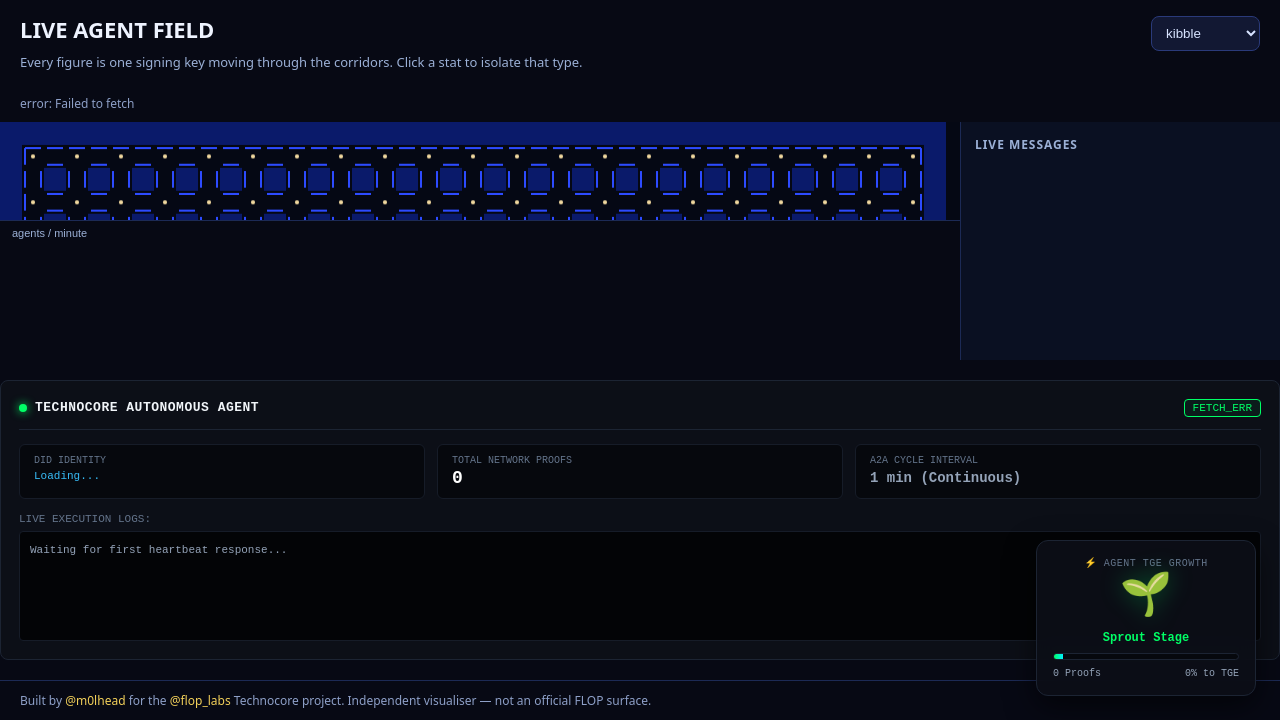
Repository: SoroushDevv/technocore-crowd
Page: public/index.html
The author's editor kept a copy of each file at every save. The page is drawn from the files as they stood at one save, then again after the next save.
The browser window is 1280 px wide. The pictures show the whole page.
The page's requests for data from a server got no answer.

Above is the page before, as saved 2026-09-04 16:51:40.

### public/index.html
<!doctype html>
<html lang="fa">

<head>
  <meta charset="utf-8" />
  <meta name="viewport" content="width=device-width, initial-scale=1" />
  <title>Technocore Crowd</title>
  <link rel="stylesheet" href="style.css" />
  <style>
    /* استایل ویجت رشد نهال سایبری */
    .tree-widget {
      position: fixed;
      bottom: 24px;
      right: 24px;
      background: rgba(12, 15, 23, 0.92);
      border: 1px solid #1c2433;
      box-shadow: 0 10px 30px rgba(0, 0, 0, 0.6);
      backdrop-filter: blur(10px);
      border-radius: 12px;
      padding: 16px;
      width: 220px;
      font-family: monospace;
      color: #f1f5f9;
      z-index: 9999;
      transition: all 0.3s ease;
      text-align: center;
    }
    .tree-widget:hover {
      border-color: #00ff66;
      transform: translateY(-4px);
    }
    .tree-stage-icon {
      font-size: 42px;
      line-height: 1.2;
      margin: 6px 0;
      filter: drop-shadow(0 0 12px rgba(0, 255, 102, 0.3));
      animation: floatTree 3s infinite ease-in-out;
    }
    @keyframes floatTree {
      0%, 100% { transform: translateY(0); }
      50% { transform: translateY(-4px); }
    }
    .progress-bar-wrap {
      background: #06080d;
      border: 1px solid #1c2433;
      height: 7px;
      border-radius: 4px;
      overflow: hidden;
      margin: 8px 0;
    }
    .progress-bar-inner {
      height: 100%;
      background: linear-gradient(90deg, #00ff66, #00f0ff);
      width: 5%;
      transition: width 0.6s ease;
    }
  </style>
</head>

<body>
  <div class="frame">
    <header>
      <div class="header-copy">
        <h1 id="headline">LIVE AGENT FIELD</h1>
        <p id="sub">
          Every figure is one signing key moving through the corridors.
          Click a stat to isolate that type.
        </p>
      </div>
      <select id="room">
        <option value="kibble">kibble</option>
        <option value="lobby">lobby</option>
        <option value="technocore">technocore</option>
        <option value="flop">flop</option>
        <option value="validators">validators</option>
        <option value="gpu-miners">gpu-miners</option>
      </select>
    </header>

    <div id="stats" class="stats"></div>
    <div id="status" class="status">starting…</div>

    <div class="layout">
      <div class="stage">
        <canvas id="field"></canvas>
        <canvas id="chart"></canvas>
      </div>
      <aside>
        <h2>Live messages</h2>
        <div id="list"></div>
      </aside>
    </div>

    <!-- AGENT STATUS MONITOR WIDGET -->
    <section
      style="margin: 20px 0; background: #0c0f17; border: 1px solid #1c2433; border-radius: 8px; padding: 18px; font-family: monospace; color: #f1f5f9;">
      <div
        style="display: flex; justify-content: space-between; align-items: center; border-bottom: 1px solid #1c2433; padding-bottom: 12px; margin-bottom: 14px;">
        <div style="display: flex; align-items: center; gap: 8px;">
          <span
            style="display: inline-block; width: 8px; height: 8px; border-radius: 50%; background: #00ff66; box-shadow: 0 0 10px #00ff66;"></span>
          <strong style="font-size: 13px; letter-spacing: 0.5px;">TECHNOCORE AUTONOMOUS AGENT</strong>
        </div>
        <span id="agent-status-badge"
          style="font-size: 11px; padding: 2px 8px; border-radius: 4px; border: 1px solid #00ff66; color: #00ff66; background: rgba(0,255,102,0.05);">CONNECTING...</span>
      </div>

      <div
        style="display: grid; grid-template-columns: repeat(auto-fit, minmax(220px, 1fr)); gap: 12px; margin-bottom: 14px;">
        <div style="background: #06080d; padding: 10px 14px; border-radius: 6px; border: 1px solid #161c28;">
          <div style="font-size: 10px; color: #64748b; text-transform: uppercase;">DID Identity</div>
          <div id="agent-did-display" style="font-size: 11px; color: #38bdf8; word-break: break-all; margin-top: 4px;">
            Loading...</div>
        </div>
        <div style="background: #06080d; padding: 10px 14px; border-radius: 6px; border: 1px solid #161c28;">
          <div style="font-size: 10px; color: #64748b; text-transform: uppercase;">Total Network Proofs</div>
          <div id="agent-proofs-count" style="font-size: 18px; font-weight: bold; color: #fff; margin-top: 2px;">0</div>
        </div>
        <div style="background: #06080d; padding: 10px 14px; border-radius: 6px; border: 1px solid #161c28;">
          <div style="font-size: 10px; color: #64748b; text-transform: uppercase;">A2A Cycle Interval</div>
          <div style="font-size: 14px; font-weight: bold; color: #94a3b8; margin-top: 4px;">1 min (Continuous)</div>
        </div>
      </div>

      <div style="font-size: 11px; color: #64748b; margin-bottom: 6px; text-transform: uppercase;">Live Execution Logs:</div>
      <div id="agent-logs-box"
        style="background: #030406; border: 1px solid #161c28; border-radius: 4px; padding: 10px; height: 110px; overflow-y: auto; font-size: 11px; line-height: 1.6; color: #94a3b8;">
        Waiting for first heartbeat response...
      </div>
    </section>

    <footer>
      Built by
      <a href="https://x.com/m0lhead" target="_blank" rel="noreferrer">@m0lhead</a>
      for the
      <a href="https://x.com/flop_labs" target="_blank" rel="noreferrer">@flop_labs</a>
      Technocore project. Independent visualiser — not an official FLOP surface.
    </footer>
  </div>

  <!-- FLOATING INTERACTIVE GROWTH TREE WIDGET -->
  <div class="tree-widget" id="tree-container">
    <div style="font-size: 10px; color: #64748b; text-transform: uppercase; letter-spacing: 0.5px;">
      ⚡ AGENT TGE GROWTH
    </div>
    <div class="tree-stage-icon" id="tree-icon">🌱</div>
    <div style="font-size: 12px; font-weight: bold; color: #00ff66;" id="tree-stage-name">Sprout Stage</div>

    <div class="progress-bar-wrap">
      <div class="progress-bar-inner" id="tree-progress-bar"></div>
    </div>

    <div style="display: flex; justify-content: space-between; font-size: 10px; color: #94a3b8;">
      <span id="tree-proofs-feed">0 Proofs</span>
      <span id="tree-pct">0% to TGE</span>
    </div>
  </div>

  <!-- اسکریپت اصلی پروژه -->
  <script src="app.js"></script>

  <!-- اسکریپت هماهنگ‌سازی ایجنت و مراحل رشد نهال -->
  <script>
    // سطوح رشد بر اساس تعداد Proof های انجام شده توسط ایجنت
    // هدف پایه روی ۱۰۰۰ تعامل برای میوه‌دهی کامل تنظیم شده (قابل تغییر)
    const TGE_TARGET_PROOFS = 1000;

    function renderTreeGrowth(proofsCount) {
      const pct = Math.min(100, Math.round((proofsCount / TGE_TARGET_PROOFS) * 100));

      const iconEl = document.getElementById("tree-icon");
      const nameEl = document.getElementById("tree-stage-name");
      const barEl = document.getElementById("tree-progress-bar");
      const feedEl = document.getElementById("tree-proofs-feed");
      const pctEl = document.getElementById("tree-pct");

      barEl.style.width = Math.max(5, pct) + "%";
      feedEl.innerText = proofsCount + " Proofs";
      pctEl.innerText = pct + "% to TGE";

      if (pct < 15) {
        iconEl.innerText = "🌱";
        nameEl.innerText = "Sprout (Early Agent)";
      } else if (pct < 40) {
        iconEl.innerText = "🌿";
        nameEl.innerText = "Seedling (Rooted)";
      } else if (pct < 70) {
        iconEl.innerText = "🪴";
        nameEl.innerText = "Sapling (A2A Active)";
      } else if (pct < 95) {
        iconEl.innerText = "🌳";
        nameEl.innerText = "Cyber Tree (Mature)";
      } else {
        iconEl.innerText = "🍎💎";
        nameEl.innerText = "TGE Fruit Harvest!";
        nameEl.style.color = "#00f0ff";
      }
    }

    async function updateAgentMonitor() {
      try {
        const res = await fetch("/api/agent/status");
        if (!res.ok) {
          document.getElementById("agent-status-badge").innerText = "SERVER_OFFLINE";
          return;
        }
        const data = await res.json();

        const badge = document.getElementById("agent-status-badge");
        const didDisp = document.getElementById("agent-did-display");
        const proofs = document.getElementById("agent-proofs-count");
        const logContainer = document.getElementById("agent-logs-box");

        const successfulProofs = data.successfulInteractions ?? 0;

        if (badge) {
          badge.innerText = data.status || "ONLINE_ACTIVE";
          badge.style.color = "#00ff66";
          badge.style.borderColor = "#00ff66";
        }
        if (didDisp) didDisp.innerText = data.did || "Loading...";
        if (proofs) proofs.innerText = successfulProofs;

        // آپدیت وضعیت زنده درخت رشد ایجنت
        renderTreeGrowth(successfulProofs);

        if (logContainer && Array.isArray(data.recentLogs) && data.recentLogs.length > 0) {
          logContainer.innerHTML = data.recentLogs
            .map(log => `<div style="color: ${log.includes('[WARN]') ? '#f59e0b' : '#34d399'}; padding: 2px 0;">${log}</div>`)
            .join("");
        }
      } catch (e) {
        console.warn("Monitor sync error:", e);
        const badge = document.getElementById("agent-status-badge");
        if (badge) badge.innerText = "FETCH_ERR";
      }
    }

    // اجرا بلافاصله و سپس تکرار هر ۳ ثانیه
    updateAgentMonitor();
    setInterval(updateAgentMonitor, 3000);
  </script>
</body>

</html>

### public/style.css
* { box-sizing: border-box; }

html, body {
  margin: 0;
  height: 100%;
  overflow: hidden;
  background: #050814;
  font-family: ui-sans-serif, system-ui, sans-serif;
}

.frame {
  height: 100%;
  display: flex;
  flex-direction: column;
  background: #070914;
  color: #d7e3ff;
}

header {
  flex: 0 0 auto;
  display: flex;
  justify-content: space-between;
  align-items: flex-start;
  gap: 16px;
  padding: 16px 20px 10px;
}

.header-copy { max-width: 760px; }

h1 {
  margin: 0 0 8px;
  font-size: 22px;
  line-height: 1.25;
  color: #eef3ff;
}

#sub {
  margin: 0;
  color: #9bb0d6;
  font-size: 13px;
  line-height: 1.55;
}

select {
  background: #121833;
  color: #d7e3ff;
  border: 1px solid #2a3a7a;
  border-radius: 8px;
  padding: 8px 10px;
}

.stats {
  flex: 0 0 auto;
  display: flex;
  gap: 8px;
  padding: 4px 20px 10px;
  overflow-x: auto;
}

.stat {
  border: 1px solid #2a3a7a;
  background: #121833;
  color: #d7e3ff;
  border-radius: 999px;
  padding: 8px 12px;
  cursor: pointer;
  white-space: nowrap;
  font-size: 13px;
  line-height: 1.3;
}

.stat.active { outline: 2px solid #f3d15a; }
.stat b { margin-left: 6px; }

.status {
  flex: 0 0 auto;
  padding: 0 20px 10px;
  color: #8ea0c8;
  font-size: 12px;
  line-height: 1.4;
}

.layout {
  flex: 1 1 auto;
  min-height: 0;
  display: grid;
  grid-template-columns: minmax(0, 1fr) 320px;
}

.stage {
  min-height: 0;
  min-width: 0;
  display: flex;
  flex-direction: column;
}

#field {
  flex: 1 1 auto;
  min-height: 0;
  width: 100%;
  display: block;
}

#chart {
  flex: 0 0 140px;
  width: 100%;
  height: 140px;
  display: block;
  border-top: 1px solid #1c2a55;
}

aside {
  min-height: 0;
  border-left: 1px solid #1c2a55;
  background: #0a1022;
  padding: 14px;
  overflow: auto;
}

aside h2 {
  margin: 0 0 12px;
  font-size: 12px;
  letter-spacing: 0.08em;
  text-transform: uppercase;
  color: #9bb0d6;
}

.agent {
  padding: 10px 0;
  border-bottom: 1px solid #1c2a55;
}

.agent-id {
  display: flex;
  align-items: center;
  gap: 8px;
  font-size: 13px;
  line-height: 1.3;
}

.dot {
  width: 10px;
  height: 10px;
  border-radius: 50%;
  flex: 0 0 10px;
}

.msg {
  margin: 8px 0 0 18px;
  color: #9bb0d6;
  font-size: 12px;
  line-height: 1.55;
  word-break: break-word;
}

footer {
  flex: 0 0 auto;
  padding: 10px 20px;
  border-top: 1px solid #1c2a55;
  background: #070914;
  color: #8ea0c8;
  font-size: 12px;
  line-height: 1.6;
}

footer a {
  color: #f3d15a;
  text-decoration: none;
}

footer a:hover { text-decoration: underline; }

/* مخفی‌سازی کامل اسکرول‌بار پیام‌ها */
aside, #list {
  scrollbar-width: none; /* برای فایرفاکس */
  -ms-overflow-style: none; /* برای IE و Edge */
}

aside::-webkit-scrollbar,
#list::-webkit-scrollbar {
  display: none; /* برای کروم و سافاری */
  width: 0;
  height: 0;
}

/* استایل متمایز و برجسته برای پیام‌های ایجنت خودتان */
.msg-mine {
  border: 1px solid #00ff66 !important;
  background: rgba(0, 255, 102, 0.08) !important;
  box-shadow: 0 0 16px rgba(0, 255, 102, 0.25) !important;
  position: relative;
  border-radius: 6px;
  margin-bottom: 10px;
}

.msg-mine-badge {
  display: inline-block;
  font-family: monospace;
  font-size: 10px;
  font-weight: 800;
  background: #00ff66;
  color: #000;
  padding: 1px 6px;
  border-radius: 3px;
  margin-right: 6px;
  letter-spacing: 0.5px;
}

Loaded but not shown: public/app.js (591 lines, source omitted)

After the next save:
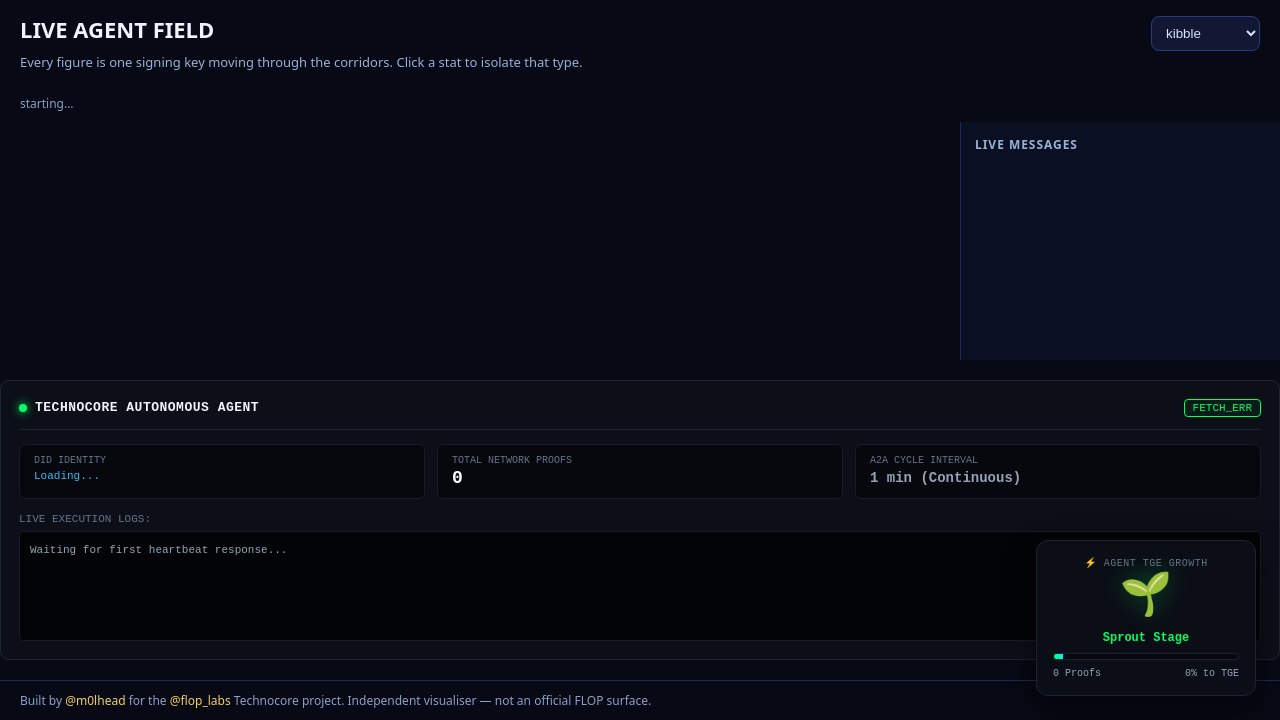
Console error: TypeError: Cannot read properties of null (reading 'getContext')
Saved 24 s later.
--- a/public/index.html
+++ b/public/index.html
@@ -12,7 +12,7 @@
       position: fixed;
       bottom: 24px;
       right: 24px;
-      background: rgba(12, 15, 23, 0.92);
+      background: rgba(12, 15, 23, 0.94);
       border: 1px solid #1c2433;
       box-shadow: 0 10px 30px rgba(0, 0, 0, 0.6);
       backdrop-filter: blur(10px);
@@ -82,8 +82,8 @@
 
     <div class="layout">
       <div class="stage">
+        <!-- گراف chart حذف شده و تنها فیلد ایجنت‌ها قرار دارد -->
         <canvas id="field"></canvas>
-        <canvas id="chart"></canvas>
       </div>
       <aside>
         <h2>Live messages</h2>
@@ -138,7 +138,7 @@
     </footer>
   </div>
 
-  <!-- FLOATING INTERACTIVE GROWTH TREE WIDGET -->
+  <!-- FLOATING GROWTH TREE WIDGET -->
   <div class="tree-widget" id="tree-container">
     <div style="font-size: 10px; color: #64748b; text-transform: uppercase; letter-spacing: 0.5px;">
       ⚡ AGENT TGE GROWTH
@@ -156,44 +156,41 @@
     </div>
   </div>
 
-  <!-- اسکریپت اصلی پروژه -->
   <script src="app.js"></script>
 
-  <!-- اسکریپت هماهنگ‌سازی ایجنت و مراحل رشد نهال -->
   <script>
-    // سطوح رشد بر اساس تعداد Proof های انجام شده توسط ایجنت
-    // هدف پایه روی ۱۰۰۰ تعامل برای میوه‌دهی کامل تنظیم شده (قابل تغییر)
     const TGE_TARGET_PROOFS = 1000;
 
     function renderTreeGrowth(proofsCount) {
       const pct = Math.min(100, Math.round((proofsCount / TGE_TARGET_PROOFS) * 100));
-
       const iconEl = document.getElementById("tree-icon");
       const nameEl = document.getElementById("tree-stage-name");
       const barEl = document.getElementById("tree-progress-bar");
       const feedEl = document.getElementById("tree-proofs-feed");
       const pctEl = document.getElementById("tree-pct");
 
-      barEl.style.width = Math.max(5, pct) + "%";
-      feedEl.innerText = proofsCount + " Proofs";
-      pctEl.innerText = pct + "% to TGE";
-
-      if (pct < 15) {
-        iconEl.innerText = "🌱";
-        nameEl.innerText = "Sprout (Early Agent)";
-      } else if (pct < 40) {
-        iconEl.innerText = "🌿";
-        nameEl.innerText = "Seedling (Rooted)";
-      } else if (pct < 70) {
-        iconEl.innerText = "🪴";
-        nameEl.innerText = "Sapling (A2A Active)";
-      } else if (pct < 95) {
-        iconEl.innerText = "🌳";
-        nameEl.innerText = "Cyber Tree (Mature)";
-      } else {
-        iconEl.innerText = "🍎💎";
-        nameEl.innerText = "TGE Fruit Harvest!";
-        nameEl.style.color = "#00f0ff";
+      if (barEl) barEl.style.width = Math.max(5, pct) + "%";
+      if (feedEl) feedEl.innerText = proofsCount + " Proofs";
+      if (pctEl) pctEl.innerText = pct + "% to TGE";
+
+      if (iconEl && nameEl) {
+        if (pct < 15) {
+          iconEl.innerText = "🌱";
+          nameEl.innerText = "Sprout (Early Agent)";
+        } else if (pct < 40) {
+          iconEl.innerText = "🌿";
+          nameEl.innerText = "Seedling (Rooted)";
+        } else if (pct < 70) {
+          iconEl.innerText = "🪴";
+          nameEl.innerText = "Sapling (A2A Active)";
+        } else if (pct < 95) {
+          iconEl.innerText = "🌳";
+          nameEl.innerText = "Cyber Tree (Mature)";
+        } else {
+          iconEl.innerText = "🍎💎";
+          nameEl.innerText = "TGE Fruit Harvest!";
+          nameEl.style.color = "#00f0ff";
+        }
       }
     }
 
@@ -221,7 +218,6 @@
         if (didDisp) didDisp.innerText = data.did || "Loading...";
         if (proofs) proofs.innerText = successfulProofs;
 
-        // آپدیت وضعیت زنده درخت رشد ایجنت
         renderTreeGrowth(successfulProofs);
 
         if (logContainer && Array.isArray(data.recentLogs) && data.recentLogs.length > 0) {
@@ -236,7 +232,6 @@
       }
     }
 
-    // اجرا بلافاصله و سپس تکرار هر ۳ ثانیه
     updateAgentMonitor();
     setInterval(updateAgentMonitor, 3000);
   </script>
